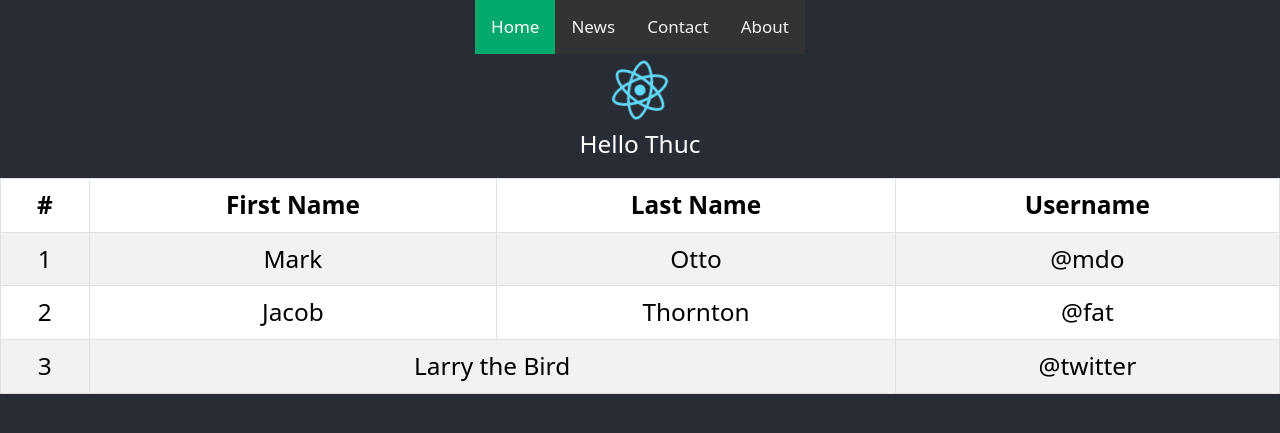
Repository: ThucSkin/React-hook-basic
Page: /
These files come from the project's save history. The page is drawn as it stood at one moment and after the next save; the edit follows.
The browser window is 1280 px wide. The pictures show the whole page.
The project was rebuilt for these pictures with package versions that can differ from the ones it lists, and the page was loaded fresh each time. Also part of the build but not shown: src/views/Todo.js.

Above is the page before, as saved 2023-06-11 03:03:30.

### src/App.js
import logo from './logo.svg';
import './App.css';
import Nav from './views/Nav';
import { useState, useEffect } from 'react';
import Todo from './views/Todo';
import TableApi from './views/TableApi/TableApi';


const App = () => {
  //state hook
  let [name, setName] = useState('Thuc');
  const [age, setAge] = useState('');
  const [todos, setTodos] = useState([
    { id: '1', name: 'Lan' },
    { id: '2', name: 'CC' },
    { id: '2', name: 'game' }
  ])
  // didmount
  useEffect(() => {

  }, [age])

  const handleClickMe = () => {
    if (!age) {
      alert('Please enter a valid age');
      return
    }
    let newTodo = { id: Math.floor(Math.random() * 100) + 1, name: age };
    setTodos([...todos, newTodo])
    setAge('');
  }
  const handleAge = (e) => {
    setAge(e.target.value);
  }
  const deleteDataTodo = (id) => {
    let curentTodo = todos;
    curentTodo = curentTodo.filter(item => item.id !== id);
    setTodos(curentTodo);
  }
  //re-render
  return (
    <div className="App">
      <header className="App-header">
        <Nav />
        <img src={logo} className="App-logo" alt="logo" />
        <p>
          Hello {name}
        </p>
        <TableApi />
        {/* <Todo
          //props:value
          todos={todos}
          deleteDataTodo={deleteDataTodo}
        />
        <input type='text' value={age} onChange={(e) => handleAge(e)} />
        <button onClick={() => handleClickMe()} type='button'>Click me!</button> */}

      </header>
    </div>
  );
}

export default App;

### src/App.css
.App {
  text-align: center;
}

.App-logo {
  height: 10vmin;
  pointer-events: none;
}

@media (prefers-reduced-motion: no-preference) {
  .App-logo {
    animation: App-logo-spin infinite 20s linear;
  }
}

.App-header {
  background-color: #282c34;
  min-height: 100vh;
  display: flex;
  flex-direction: column;
  align-items: center;
  /* justify-content: center; */
  font-size: calc(10px + 2vmin);
  color: white;
}

.App-link {
  color: #61dafb;
}

@keyframes App-logo-spin {
  from {
    transform: rotate(0deg);
  }
  to {
    transform: rotate(360deg);
  }
}

### src/views/Nav.js
import './Nav.scss'

const Nav = () => {
    return (
        <div className="topnav">
            <a className="active" href="#home">Home</a>
            <a href="#news">News</a>
            <a href="#contact">Contact</a>
            <a href="#about">About</a>
        </div>
    )
}

export default Nav;

### src/views/TableApi/TableApi.js
import Table from 'react-bootstrap/Table';
import 'bootstrap/dist/css/bootstrap.min.css';

function TableApi() {
    return (
        <Table striped bordered hover>
            <thead>
                <tr>
                    <th>#</th>
                    <th>First Name</th>
                    <th>Last Name</th>
                    <th>Username</th>
                </tr>
            </thead>
            <tbody>
                <tr>
                    <td>1</td>
                    <td>Mark</td>
                    <td>Otto</td>
                    <td>@mdo</td>
                </tr>
                <tr>
                    <td>2</td>
                    <td>Jacob</td>
                    <td>Thornton</td>
                    <td>@fat</td>
                </tr>
                <tr>
                    <td>3</td>
                    <td colSpan={2}>Larry the Bird</td>
                    <td>@twitter</td>
                </tr>
            </tbody>
        </Table>
    );
}

export default TableApi;

### src/views/Nav.scss
body {
    margin: 0;
    font-family: Arial, Helvetica, sans-serif;

    .topnav {
        overflow: hidden;
        background-color: #333;

        a {
            float: left;
            color: #f2f2f2;
            text-align: center;
            padding: 14px 16px;
            text-decoration: none;
            font-size: 17px;
        }

        a:hover {
            background-color: #ddd;
            color: black;
        }

        a.active {
            background-color: #04AA6D;
            color: white;
        }
    }
}

Loaded but not shown: public/index.html (common file); src/index.js (common file); src/index.css (common file); src/reportWebVitals.js (common file)

After the next save:
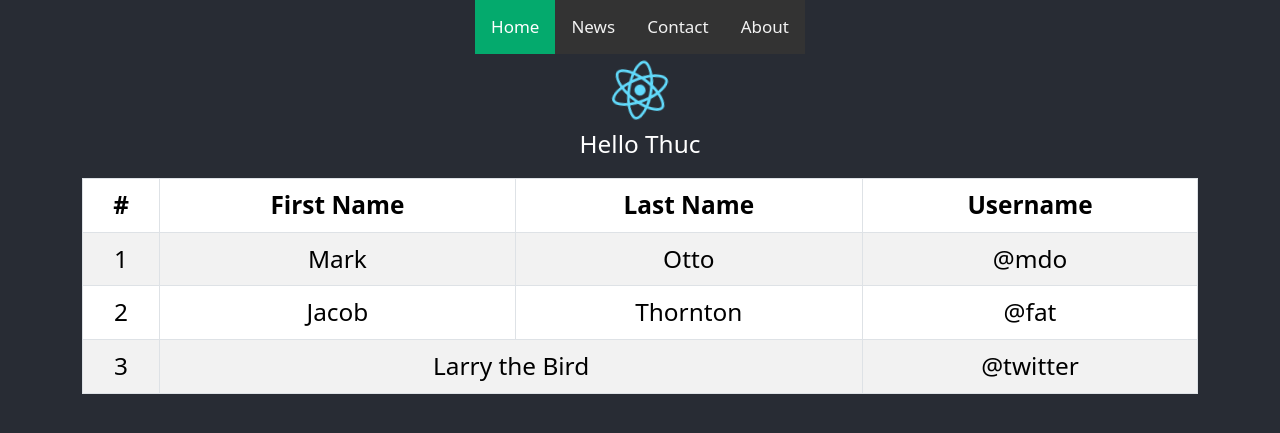
Saved 33 s later.
--- a/src/App.js
+++ b/src/App.js
@@ -4,6 +4,7 @@
 import { useState, useEffect } from 'react';
 import Todo from './views/Todo';
 import TableApi from './views/TableApi/TableApi';
+import { Container } from 'react-bootstrap';
 
 
 const App = () => {
@@ -46,7 +47,9 @@
         <p>
           Hello {name}
         </p>
-        <TableApi />
+        <Container>
+          <TableApi />
+        </Container>
         {/* <Todo
           //props:value
           todos={todos}
